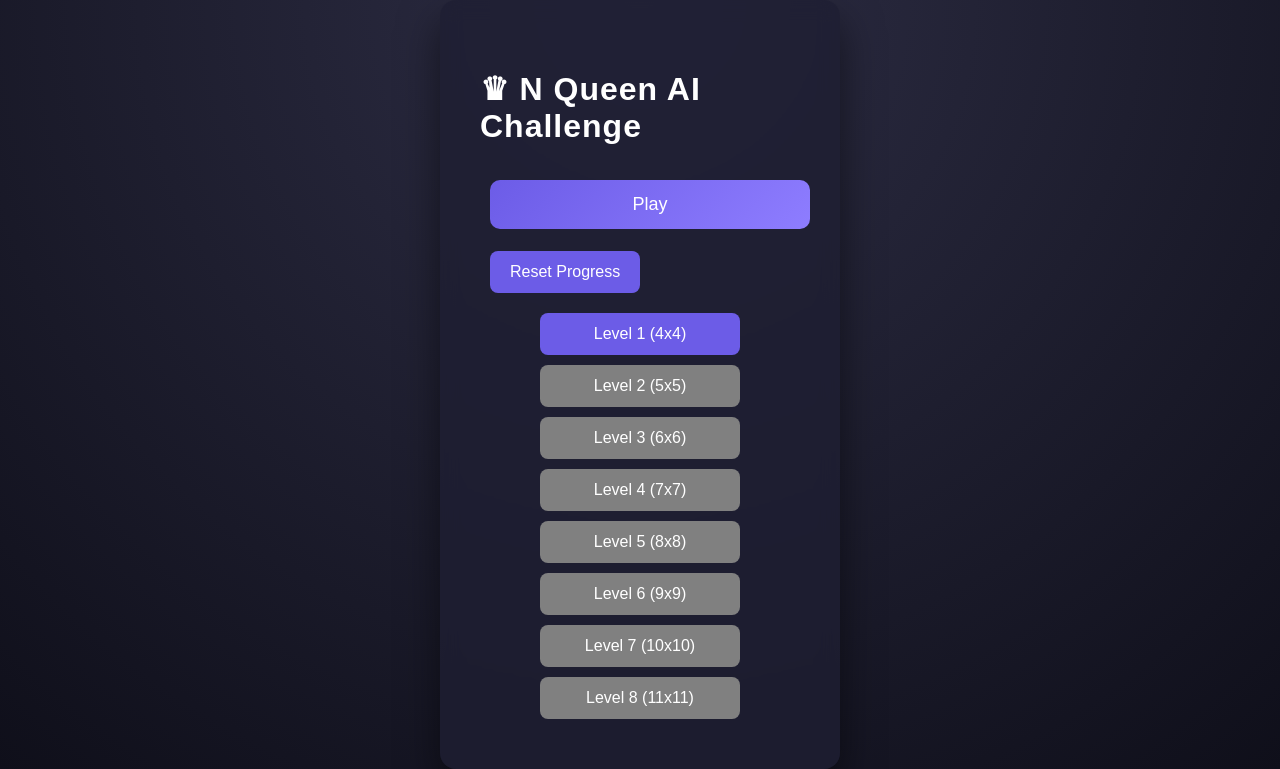
Repository: lissaintech/NQueen
Page: index.html
These files come from the project's save history. The page is drawn as it stood at one moment and after the next save; the edit follows.
The browser window is 1280 px wide. The pictures show the whole page.

Above is the page before, as saved 2026-03-08 19:12:45.

After the next save:
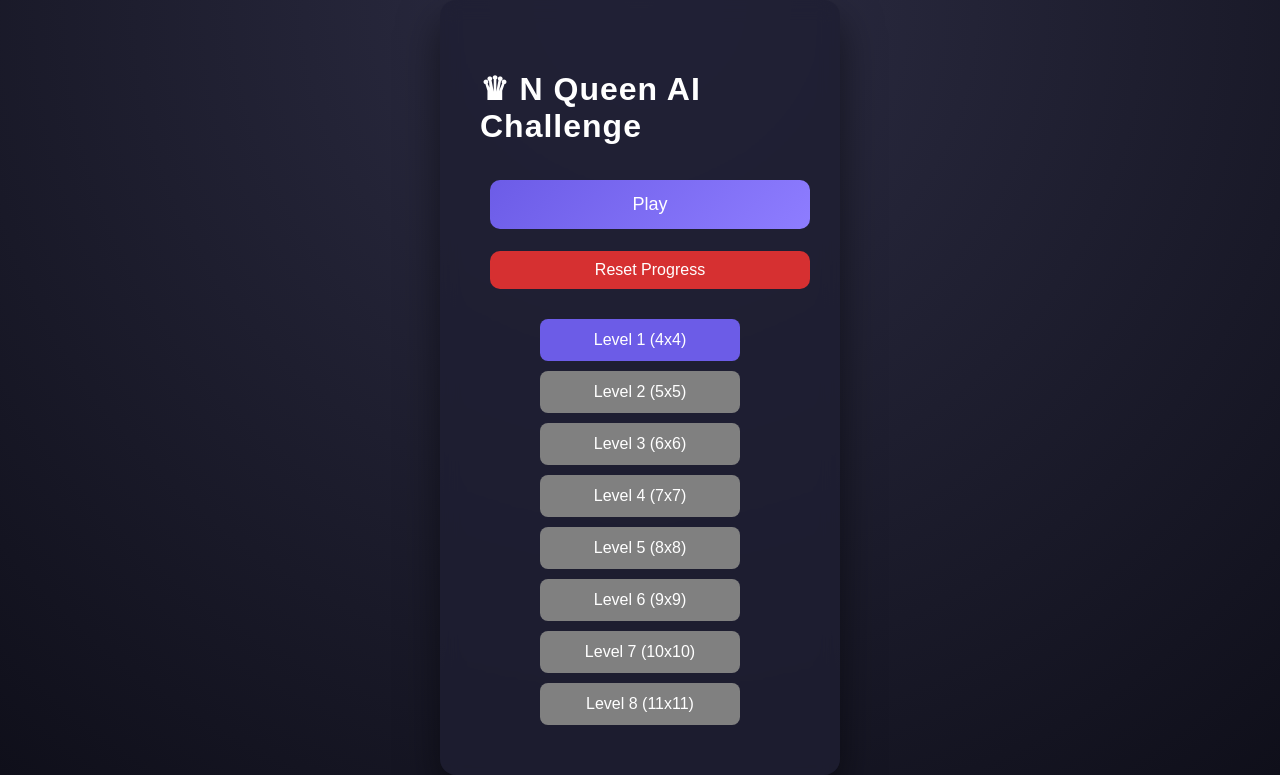
Saved 6 s later.
--- a/style.css
+++ b/style.css
@@ -188,3 +188,29 @@ transform:translateY(-2px);
 box-shadow:0 8px 20px rgba(0,0,0,0.4);
 
 }
+
+
+
+.resetBtn{
+
+width:100%;
+
+padding:10px;
+
+background:#d63031;
+
+border:none;
+
+border-radius:10px;
+
+margin-bottom:20px;
+
+cursor:pointer;
+
+}
+
+.resetBtn:hover{
+
+background:#b71c1c;
+
+}
